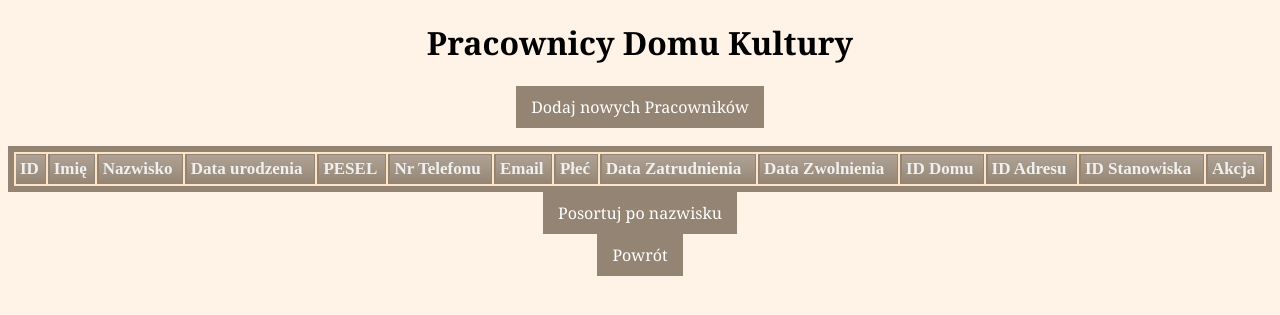
Repository: marcinRuta/houseOfCulture-crud-webapp-database
Page: http://localhost/pracownicy
These files come from the project's save history. The page is drawn as it stood at one moment and after the next save; the edit follows.
The browser window is 1280 px wide. The pictures show the whole page.
The page is this project's Thymeleaf template; nobody is signed in. The template is opened directly, without the code that normally fills it, so the values that code supplies are empty.

Above is the page before, as saved 2021-01-14 10:47:19.

### DomKultury/src/main/resources/templates/pracownicy.html
<!DOCTYPE html>
<html xmlns="http://www.w3.org/1999/xhtml"
	xmlns:th="http://www.thymeleaf.org">
<head>
<meta charset="UTF-8">
<title>Aplikacja do obsługi Domu Kultury</title>
<link rel="stylesheet" href="../static/css/tabele.css" th:href="@{/css/tabele.css}" >
</head>
<body>

	<div align="center">
		<!--  Page header  -->
		<h1>Pracownicy Domu Kultury</h1>
		<a href="/newP">Dodaj nowych Pracowników</a>
		<br/>	<br/>


		<!-- Table -->
			<table class="cinereousTable">

			<!-- Entry to a new page -->


			<!-- Table header -->
			<thead>
				<tr>
					<th>ID</th>
					<th>Imię</th>
					<th>Nazwisko</th>
					<th>Data urodzenia</th>
					<th>PESEL</th>
					<th>Nr Telefonu</th>
					<th>Email</th>
					<th>Płeć</th>
					<th>Data Zatrudnienia</th>
					<th>Data Zwolnienia</th>
					<th>ID Domu</th>
					<th>ID Adresu</th>
					<th>ID Stanowiska</th>
					<th>Akcja</th>
				</tr>
			</thead>

			<!-- Table body-->
			<tbody>
				<tr th:each="Pracownicy : ${listPracownicy}">
					<td th:text="${Pracownicy.ID_Pracownika}">ID_Pracownika</td>
					<td th:text="${Pracownicy.Imie}">Imie</td>
					<td th:text="${Pracownicy.Nazwisko}">Nazwisko</td>
					<td th:text="${Pracownicy.Data_urodzenia}">Data_urodzenia</td>
					<td th:text="${Pracownicy.PESEL}">PESEL</td>
					<td th:text="${Pracownicy.NR_Telefonu}">NR_Telefonu</td>
					<td th:text="${Pracownicy.Email}">Email</td>
					<td th:text="${Pracownicy.Plec}">Plec</td>
					<td th:text="${Pracownicy.Data_Zatrudnienia}">Data_Zatrudnienia</td>
					<td th:text="${Pracownicy.Data_Zwolnienia}">Data_Zwolnienia</td>
					<td th:text="${Pracownicy.ID_Domu}">ID_Domu</td>
					<td th:text="${Pracownicy.ID_Adresu}">ID_Adresu</td>
					<td th:text="${Pracownicy.ID_Stanowiska}">ID_Stanowiska</td>

					<td><a th:href="@{'/editP/' + ${Pracownicy.ID_Pracownika}}">Edit</a>
						&nbsp;&nbsp;&nbsp;&nbsp;
					<a th:href="@{'/deleteP/' +${Pracownicy.ID_Pracownika}}">Delete</a></td>
				</tr>
			</tbody>
		</table>

		<a th:href="@{/RefreshPNazw}">Posortuj po nazwisku</a>

		<br/>
		<!-- EXIT -->
		<a href="/tables">Powrót</a>

	</div>
</body>
</html>

### DomKultury/src/main/resources/static/css/tabele.css

table.cinereousTable {
  border: 6px solid #948473;
  background-color: #FFE3C6;
  width: 100%;
  text-align: center;
}
table.cinereousTable td, table.cinereousTable th {
  border: 1px solid #948473;
  padding: 4px 4px;
}
table.cinereousTable tbody td {
  font-size: 13px;
}
table.cinereousTable thead {
  background: #948473;
  background: -moz-linear-gradient(top, #afa396 0%, #9e9081 66%, #948473 100%);
  background: -webkit-linear-gradient(top, #afa396 0%, #9e9081 66%, #948473 100%);
  background: linear-gradient(to bottom, #afa396 0%, #9e9081 66%, #948473 100%);
}
table.cinereousTable thead th {
  font-size: 17px;
  font-weight: bold;
  color: #F0F0F0;
  text-align: left;
  border-left: 2px solid #948473;
}
table.cinereousTable thead th:first-child {
  border-left: none;
}

table.cinereousTable tfoot td {
  font-size: 16px;
}

body {
  background-color: #FFF3E7;
}
h1 {
  color: black;
  font-family: Georgia, serif;
}
p {
  color: black;
}
a:link, a:visited {
  background-color: #948473;
  color: white;
  padding: 10px 15px;
  text-align: center;
  text-decoration: none;
  display: inline-block;
  font-family: Georgia, serif;
}

a:hover, a:active {
  background-color: 948473;
}
.button {
  background-color: #948473; /* Green */
  border: none;
  color: white;
  padding: 10px 14px;
  text-align: center;
  text-decoration: none;
  display: inline-block;
  font-size: 16px;
  font-family: Georgia, serif;
  transition-duration: 0.4s;
}

.button:hover {
 background-color: #3D362F ;
  border: none;
  color: white;
  padding: 10px 11px;
  text-align: center;
  text-decoration: none;
  display: inline-block;
  font-size: 16px;
  font-family: Georgia, serif;

}

After the next save:
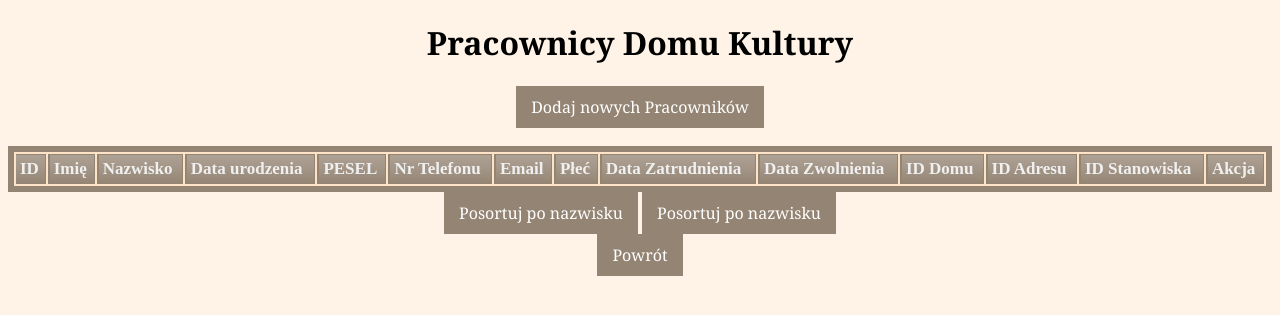
Saved 6 min 30 s later.
--- a/DomKultury/src/main/resources/templates/pracownicy.html
+++ b/DomKultury/src/main/resources/templates/pracownicy.html
@@ -64,7 +64,7 @@
 				</tr>
 			</tbody>
 		</table>
-
+		<a th:href="@{/P}">Posortuj po nazwisku</a>
 		<a th:href="@{/RefreshPNazw}">Posortuj po nazwisku</a>
 
 		<br/>
